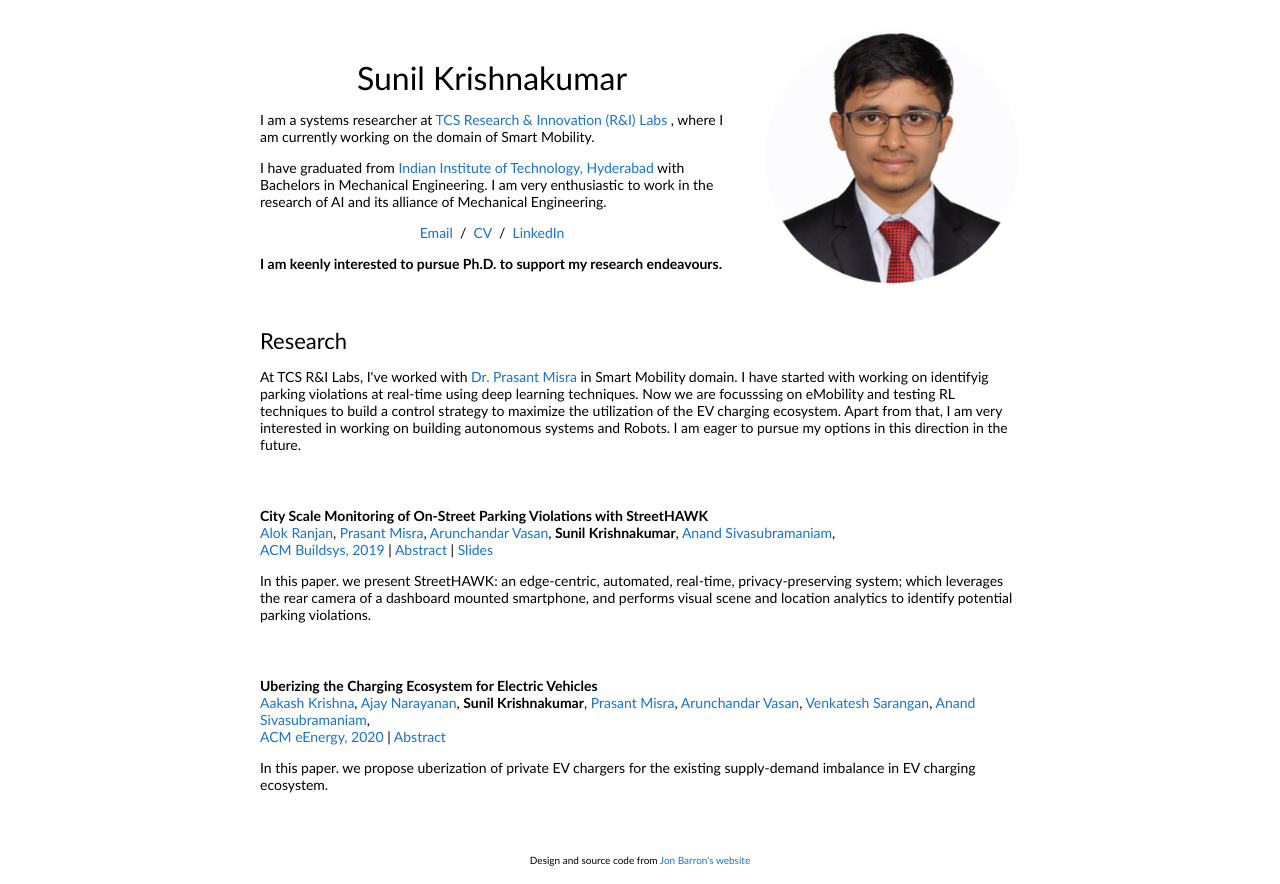
Repository: Sunil-KK/-
Page: index.html
The author's editor kept a copy of each file at every save. The page is drawn from the files as they stood at one save, then again after the next save.
The browser window is 1280 px wide. The pictures show the whole page.

Above is the page before, as saved 2020-09-02 12:09:17.

After the next save:
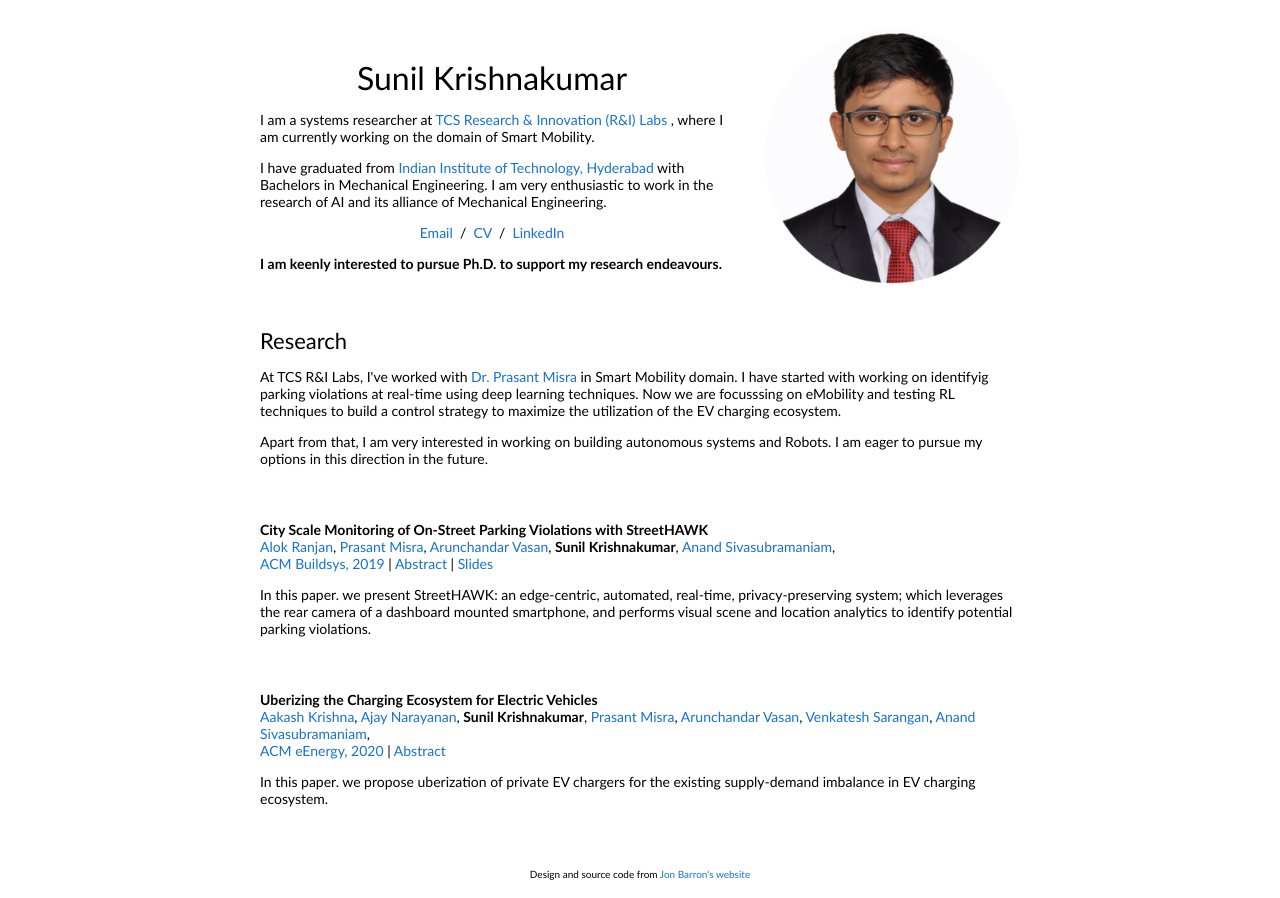
Saved 52 s later.
--- a/index.html
+++ b/index.html
@@ -61,9 +61,11 @@
                  domain. I have started with working on identifyig parking violations at real-time using deep learning techniques. Now we are
                  focusssing on eMobility and testing RL techniques to build a control strategy to maximize the utilization of the EV charging
                  ecosystem.
+                <!-- Representative papers are <span class="highlight">highlighted</span>. -->
+              </p>
+              <p>
                  Apart from that, I am very interested in working on building autonomous systems and Robots. I am eager to pursue my options
                  in this direction in the future.
-                <!-- Representative papers are <span class="highlight">highlighted</span>. -->
               </p>
             </td>
           </tr>
